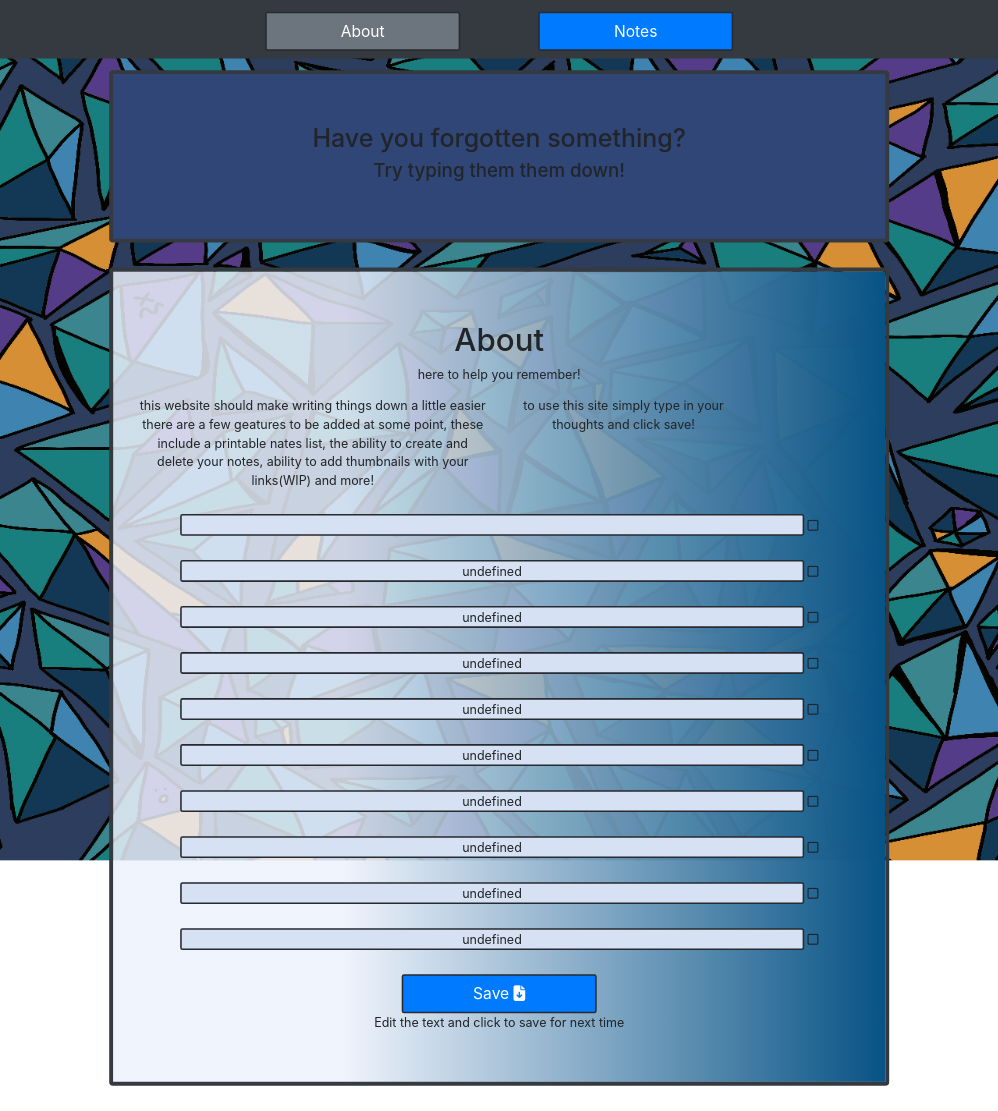
Repository: Kamicoda/Mynote
Page: index.html
The author's editor kept a record of every edit. The page is drawn from the files as they stood at one moment, then again after the next edit.
The browser window is 1280 px wide. The pictures show the whole page, at 78% of full size.
After loading, the first visible `#aboutNav` was clicked once.
Backgrounds fixed to the window are drawn as part of the page. Some web fonts or font styles are not loaded; a fallback is used. Some web libraries are served in a nearby version.

Above is the page before.

### index.html
<!DOCTYPE html>
<html lang="en">

<head>
    <meta charset="UTF-8">
    <meta name="viewport" content="width=device-width, initial-scale=1.0">
    <meta http-equiv="X-UA-Compatible" content="ie=edge">
    <title>Document</title>


    <!--Bootstrap-->
    <link rel="stylesheet" href="https://maxcdn.bootstrapcdn.com/bootstrap/4.2.1/css/bootstrap.min.css" type="text/css" />
    <link rel="stylesheet" href="https://cdnjs.cloudflare.com/ajax/libs/hover.css/2.3.1/css/hover-min.css" type="text/css" />
    <!--Css-->
    <link rel="stylesheet" href="assets/style/style.css" type="text/css" />
    <!--Jquery-->
    <script src="https://code.jquery.com/jquery-3.4.1.min.js" integrity="sha256-CSXorXvZcTkaix6Yvo6HppcZGetbYMGWSFlBw8HfCJo=" crossorigin="anonymous"></script>

    <!--Scripts-->
    <script src="https://kit.fontawesome.com/06adabaaa3.js"></script>
    <script type="text/javascript" src="assets/js/script1.js"></script>
    <script type="text/javascript" src="assets/js/script2.js"></script>


</head>

<body class="bgbody" onload="checkEdits()">

    <!--navigation-->
    <div class="container-fluid bg-dark">
        <ul class="nav justify-content-center w-100">
            <li class="nav-item">
                <button id="aboutNav" type="button" class="btn btn-secondary btn-lg border border-light">About</button>
            </li>
            <li class="nav-item">
                <button id="notesNav" type="button" class="btn btn-primary btn-lg border border-light">Notes</button>
            </li>

        </ul>
    </div>

    <div class="jumbotron border border-dark header bg-grey mx-auto">
        <div class="row">
            <div id="headerwelcome" class="col-12">
                <h2> Have you forgotten something?</h2>
                <h4>Try typing them them down!</h4>
            </div>

            <div id="headerabout" class="col-12">
                <h2> Have you forgotten something?</h2>
                <h4>Try typing them them down!</h4>
            </div>

            <div id="headernotes" class="col-12">
                <h2> Have you forgotten something?</h2>
                <h4>Try typing them them down!</h4>
            </div>
        </div>
    </div>

    <div class="jumbotron border border-dark cont header mx-auto">
        <div class="container-flex">


            <section id="aboutSec">
                <div class="row">
                    <div class="col">
                        <h1>About</h1>
                        <p>here to help you remember!</p>
                        <div class="row">
                            <div class="col-6">
                                <p>this website should make writing things down a little easier there are a few geatures to be added at some point, these include a printable nates list, the ability to create and delete your notes, ability to add thumbnails
                                    with your links(WIP) and more!</p>
                            </div>
                            <div class="col-4">
                                <p>to use this site simply type in your thoughts and click save!</p>
                            </div>
                        </div>
                    </div>
                </div>
        </div>
        </section>

        <section id="notesSec">
            <div class="row">

                <div class="col-12">
                    <div id="editList" class="row">

                        <div class="col-12">
                            <p id="edit" contenteditable="true" class="editableP border border-light"></p>
                            <div id="checkBox" class="checkbox">
                                <i id="fasquare" class="far fa-square"></i>
                                <i id="fabox" class="far fa-check-square"></i>
                            </div>
                        </div>

                        <div class="col-12">
                            <p id="edit1" contenteditable="true" class="editableP border border-light"></p>
                            <div id="checkBox1" class="checkbox">
                                <i id="fasquare1" class="far fa-square"></i>
                                <i id="fabox1" class="far fa-check-square"></i>
                            </div>
                        </div>

                        <div class="col-12">
                            <p id="edit2" contenteditable="true" class="editableP border border-light"></p>
                            <div id="checkBox2" class="checkbox">
                                <i id="fasquare2" class="far fa-square"></i>
                                <i id="fabox2" class="far fa-check-square"></i>
                            </div>
                        </div>

                        <div class="col-12">
                            <p id="edit3" contenteditable="true" class="editableP border border-light"></p>
                            <div id="checkBox3" class="checkbox">
                                <i id="fasquare3" class="far fa-square"></i>
                                <i id="fabox3" class="far fa-check-square"></i>
                            </div>
                        </div>

                        <div class="col-12">
                            <p id="edit4" contenteditable="true" class="editableP border border-light"></p>
                            <div id="checkBox4" class="checkbox">
                                <i id="fasquare4" class="far fa-square"></i>
                                <i id="fabox4" class="far fa-check-square"></i>
                            </div>
                        </div>

                        <div class="col-12">
                            <p id="edit5" contenteditable="true" class="editableP border border-light"></p>
                            <div id="checkBox5" class="checkbox">
                                <i id="fasquare5" class="far fa-square"></i>
                                <i id="fabox5" class="far fa-check-square"></i>
                            </div>
                        </div>

                        <div class="col-12">
                            <p id="edit6" contenteditable="true" class="editableP border border-light"></p>
                            <div id="checkBox6" class="checkbox">
                                <i id="fasquare6" class="far fa-square"></i>
                                <i id="fabox6" class="far fa-check-square"></i>
                            </div>
                        </div>

                        <div class="col-12">
                            <p id="edit7" contenteditable="true" class="editableP border border-light"></p>
                            <div id="checkBox7" class="checkbox">
                                <i id="fasquare7" class="far fa-square"></i>
                                <i id="fabox7" class="far fa-check-square"></i>
                            </div>
                        </div>

                        <div class="col-12">
                            <p id="edit8" contenteditable="true" class="editableP border border-light"></p>
                            <div id="checkBox8" class="checkbox">
                                <i id="fasquare8" class="far fa-square"></i>
                                <i id="fabox8" class="far fa-check-square"></i>
                            </div>
                        </div>

                        <div class="col-12">
                            <p id="edit9" contenteditable="true" class="editableP border border-light"></p>
                            <div id="checkBox9" class="checkbox">
                                <i id="fasquare9" class="far fa-square"></i>
                                <i id="fabox9" class="far fa-check-square"></i>
                            </div>

                            <div>
                                <button type="button " onclick="save()" class="btn btn-primary btn-lg border border-light saveButton">Save
                        <i class="fas fa-file-download"></i></button>
                            </div>

                            <div id="update"> Edit the text and click to save for next time </div>
                        </div>
                    </div>
                </div>
            </div>
        </section>
    </div>

</body>
<footer>

</footer>

</html>

### assets/style/style.css
@import url('https://fonts.googleapis.com/css?family=Roboto:100,200,300,400,500,600,700|Exo:100,200,300,400,500,600,700|Six Caps:100,200,300,400,500,600,700');
/* Palette URL: http://paletton.com/#uid=a3K0o0k6J95irOtlmmkmW6wBrbb */

/* Feel free to copy&paste color codes to your application */

/* As RGBa codes */

/*
base-grey
RGB: 38–41–47

dark blu
RGB: 9–26–63

light grey
RGB: 126–135–155

blue
RGB: 48–70–118

light blue
RGB: 102–143–232

*/

/* Generated by Paletton.com © 2002-2014 */

/* http://paletton.com */

/*Colors*/

.bg-dark {
    background-color: rgba(39, 42, 48, 1);
}

.bg-grey {
    background-color: rgba(48, 70, 119, 1);
}

.bg-light {
    background-color: rgba(72, 63, 57, 0.5);

}

/*background*/
.border-dark {
    margin-top: 15px;
    border-width: 5px !important;

    border-bottom-style: solid;
    border-color: rgba(39, 42, 48, 1);
}

.border-light {
    margin-top: 15px;
    border-width: 2px !important;

    border-bottom-style: solid;
    border-color: rgba(39, 42, 48, 1) !important;
    border-radius: 3px;
}

.bgbody {
    background: url("notesBg.jpg");
    Margin: 0;
    background-position: top;
    background-repeat: no-repeat;
    background-attachment: fixed;
    min-width: 100%;
    z-index: -1;
}

.navigationbackground {
    position: fixed;
    height: 100%;
    width: 100%;
}

.nav-item {
    margin-left: 50px;
    margin-right: 50px;
    margin-bottom: 10px;
}

.btn {
    border-radius: 0;
    width: 250px;
    border-radius: 3px;
}

.header {
    text-align: center;
    width: 1000px;

    }

.editableP {
    padding: 5;
    background-color: rgba(214, 226, 243, 1);
    display: inline-block;
    width: 800px;
}

.cont {
  background: rgb(236,241,252);
background: linear-gradient(90deg, rgba(236,241,252,0.835171568627451) 30%, rgba(7,83,133,1) 100%);

}


.ul .li {
    list-style: none;
}

.checkbox {
    margin-bottom: 16px;
    text-align: left;
    display: inline-block;
}

### assets/js/script1.js
//Buttons
$(document).ready(function() {

    $('#aboutSec').toggle();
    $('#notesSec').show();
    $('#gamesSec').toggle();
    $('#linksSec').toggle();
    $('.fa-check-square').toggle();
    $('#headerwelcome').show();
    $('#headerabout').toggle();
    $('#headernotes').toggle();

    //$('#item').toggle();
    //$('#item1').toggle();
    //$('#item2').toggle();

    $('#aboutNav').on('click', function() {
        $('#aboutSec').toggle(1000);

    });

    $('#notesNav').on('click', function() {
        $('#notesSec').toggle(1000);

    });

    $('#gamesNav').on('click', function() {
        $('#gamesSec').toggle(1000);

    });

    $('#linksNav').on('click', function() {
        $('#menu3').toggle();
        $('#linksSec').toggle(1000);

    });

    $('#checkBox').on('click', function() {
        $('#fasquare').toggle();
        $('#fabox').toggle();
    });

    $('#checkBox1').on('click', function() {
       $('#fasquare1').toggle();
        $('#fabox1').toggle();
    });

    $('#checkBox2').on('click', function() {
       $('#fasquare2').toggle();
        $('#fabox2').toggle();
    });

    $('#checkBox3').on('click', function() {
       $('#fasquare3').toggle();
        $('#fabox3').toggle();
    });

    $('#checkBox4').on('click', function() {
        $('#fasquare4').toggle();
        $('#fabox4').toggle();
    });

    $('#checkBox5').on('click', function() {
       $('#fasquare5').toggle();
        $('#fabox5').toggle();
    });

    $('#checkBox6').on('click', function() {
        $('#fasquare6').toggle();
        $('#fabox6').toggle();
    });

    $('#checkBox7').on('click', function() {
       $('#fasquare7').toggle();
        $('#fabox7').toggle();
    });

    $('#checkBox8').on('click', function() {
       $('#fasquare8').toggle();
        $('#fabox8').toggle();
    });

    $('#checkBox9').on('click', function() {
        $('#fasquare9').toggle();
        $('#fabox9').toggle();
    });


    // $('#new').on('click', function() {
    //  count += 1;
    //  $('#item' + count).show()
    //$('#editList').append(`<p id="edit` + count + `" contenteditable="true" class="editableP"></p><button type="button " onclick="save`+ count +`()" class="saveButton">Save
    // <i class="fas fa-file-download"></i></button>`);

    // });
});

// this is adding numbers to the ID "edit"
var count = 0;

### assets/js/script2.js

function save() {
localStorage.userEdits = document.getElementById("edit").innerText;
localStorage.userEdits1 = document.getElementById("edit1").innerText;
localStorage.userEdits2 = document.getElementById("edit2").innerText;
localStorage.userEdits3 = document.getElementById("edit3").innerText;
localStorage.userEdits4 = document.getElementById("edit4").innerText;
localStorage.userEdits5 = document.getElementById("edit5").innerText;
localStorage.userEdits6 = document.getElementById("edit6").innerText;
localStorage.userEdits7 = document.getElementById("edit7").innerText;
localStorage.userEdits8 = document.getElementById("edit8").innerText;
localStorage.userEdits9 = document.getElementById("edit9").innerText;

document.getElementById("update").innerHTML="Edits saved!";
}

function checkEdits() {

if(localStorage.userEdits!=null)
document.getElementById("edit").innerHTML = localStorage.userEdits;
document.getElementById("edit1").innerHTML = localStorage.userEdits1;
document.getElementById("edit2").innerHTML = localStorage.userEdits2;
document.getElementById("edit3").innerHTML = localStorage.userEdits3;
document.getElementById("edit4").innerHTML = localStorage.userEdits4;
document.getElementById("edit5").innerHTML = localStorage.userEdits5;
document.getElementById("edit6").innerHTML = localStorage.userEdits6;
document.getElementById("edit7").innerHTML = localStorage.userEdits7;
document.getElementById("edit8").innerHTML = localStorage.userEdits8;
document.getElementById("edit9").innerHTML = localStorage.userEdits9;
}

//original code idea from https://www.developerdrive.com/allowing-users-to-edit-text-content-with-html5/
//with some tweaking


//

After the next edit:
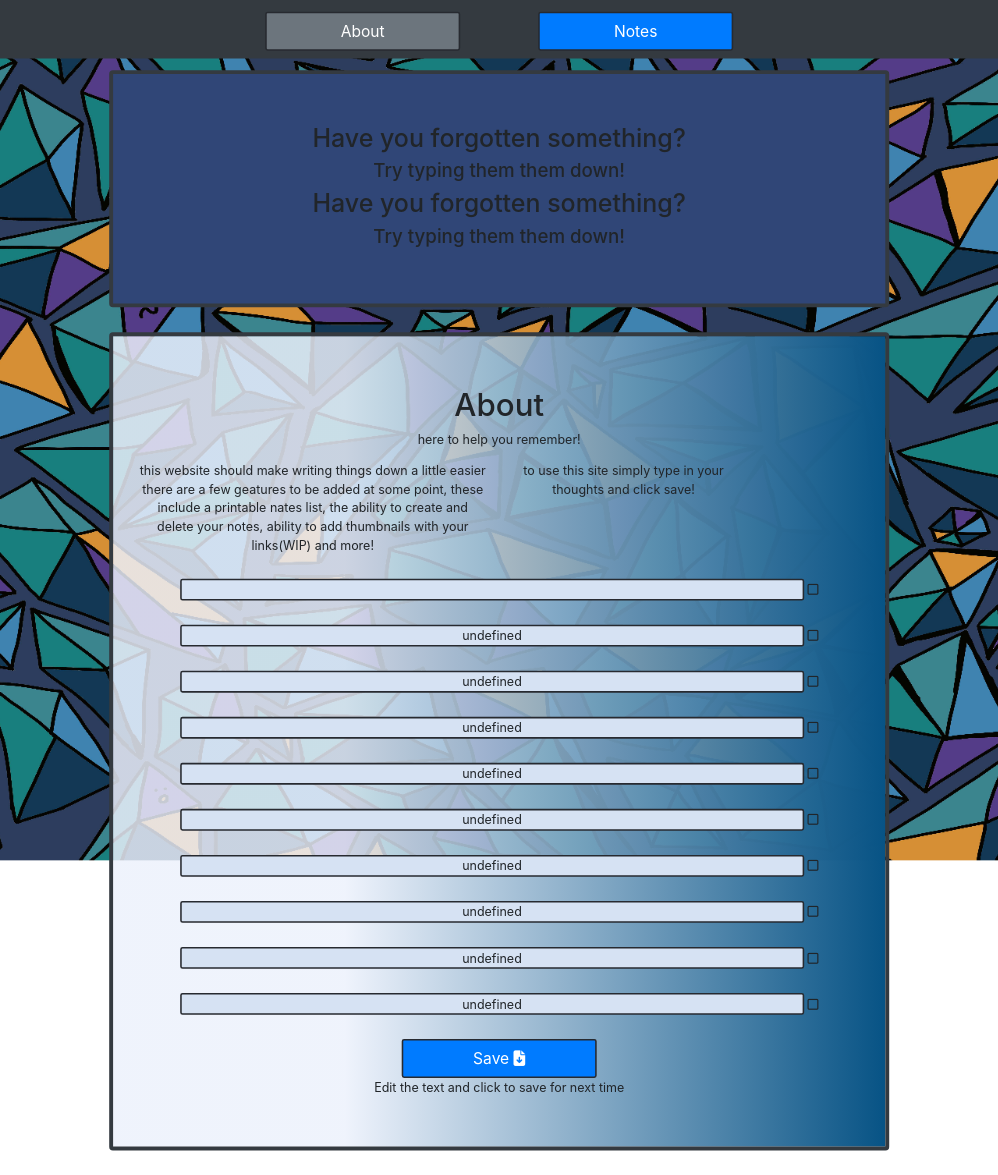
The edit:
--- a/assets/js/script1.js
+++ b/assets/js/script1.js
@@ -16,7 +16,7 @@
 
     $('#aboutNav').on('click', function() {
         $('#aboutSec').toggle(1000);
-
+$('#headerabout').toggle();
     });
 
     $('#notesNav').on('click', function() {
